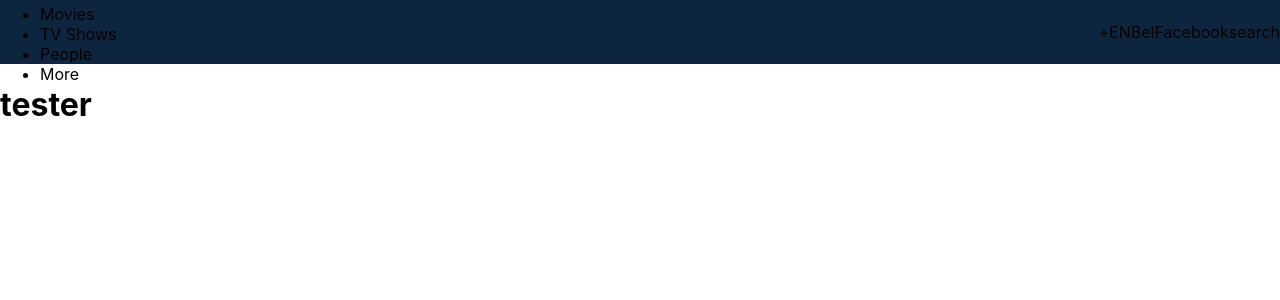
Repository: Fauzaanmhmd/qnpTesFrontend
Page: /
The author's editor kept a copy of each file at every save. The page is drawn from the files as they stood at one save, then again after the next save.
The browser window is 1280 px wide. The pictures show the whole page.
The page's requests for data from a server got no answer. The project was rebuilt for these pictures with package versions that can differ from the ones it lists, and the page was loaded fresh each time. The framework's server and built-in components were replaced by stand-ins that run in the browser. No one was signed in, and anything a server would have sent is missing. Also part of the build but not shown: next.config.js, styles/Moviecard.module.scss, pages/components/Moviecard.tsx.

Above is the page before, as saved 2022-03-17 12:56:23.

After the next save:
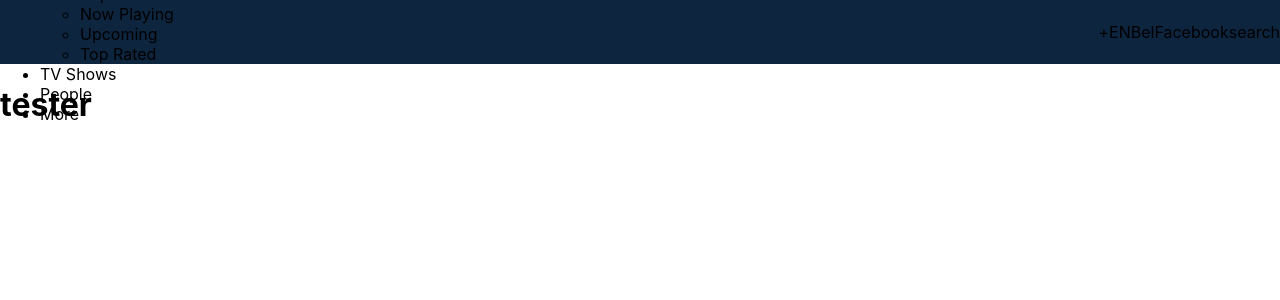
Saved 3 min 3 s later.
--- a/pages/components/Navbar.tsx
+++ b/pages/components/Navbar.tsx
@@ -6,7 +6,16 @@
             <div className={styles.NavbarItem}>
                 <ul>
                     <li><img src="https://www.themoviedb.org/assets/2/v4/logos/v2/blue_short-8e7b30f73a4020692ccca9c88bafe5dcb6f8a62a4c6bc55cd9ba82bb2cd95f6c.svg" /></li>
-                    <li>Movies</li>
+                    <li><a>Movies</a>
+                        <div>
+                            <ul>
+                                <li>Popular</li>
+                                <li>Now Playing</li>
+                                <li>Upcoming</li>
+                                <li>Top Rated</li>
+                            </ul>
+                        </div>
+                    </li>
                     <li>TV Shows</li>
                     <li>People</li>
                     <li>More</li>
